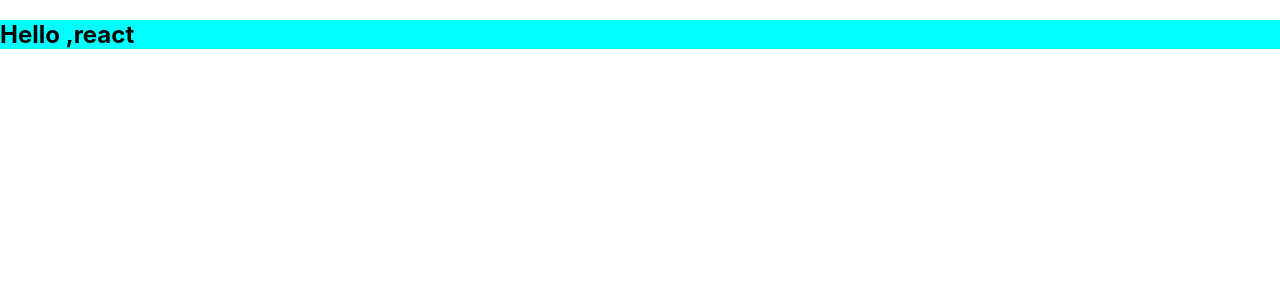
Repository: 0118Inory/react_bases
Page: /
The author's editor kept a copy of each file at every save. The page is drawn from the files as they stood at one save, then again after the next save.
The browser window is 1280 px wide. The pictures show the whole page.
The project was rebuilt for these pictures with package versions that can differ from the ones it lists, and the page was loaded fresh each time. Also part of the build but not shown: src/App.css, src/components/Wellow/index.css.

Above is the page before, as saved 2022-03-01 10:02:08.

### public/index.html
<!DOCTYPE html>
<html lang="en">
  <head>
    <meta charset="utf-8" />
    <!--%PUBLIC_URL% 代表public的路径 -->
    <link rel="icon" href="%PUBLIC_URL%/favicon.ico" />
    <!-- 开启理想视口，用于移动端网页的适配 -->
    <meta name="viewport" content="width=device-width, initial-scale=1" />
    <!-- 用于配置浏览器页签+地址栏的颜色（仅支持安卓手机浏览器） -->
    <meta name="theme-color" content="#000000" />
    <meta
      name="description"
      content="Web site created using create-react-app"
    />
    <!-- 用于指定网页添加到手机主屏幕后的图标 -->
    <link rel="apple-touch-icon" href="%PUBLIC_URL%/logo192.png" />
    <!-- 应用加壳时的配置文件   可以封装称app  手机移动版 -->

    <link rel="manifest" href="%PUBLIC_URL%/manifest.json" />

    <title>React App</title>
  </head>
  <body>
    <noscript>You need to enable JavaScript to run this app.</noscript>
    <div id="root"></div>

  </body>
</html>

### src/App.js
import React,{Component} from 'react';
import './App.css';
import Hello from './components/Hello';
import welcom from './components/Wellow';


export default class App extends Component{
  render(){
    return(
      <div>
        <Hello/>
        <welcom/>
      </div>
    )
  }
}

### src/components/Hello/index.js

// 样式模块化
import hello from './index.module.css'
import React,{Component} from'react'



export default class Hello extends Component{
    render(){
        return(
            <h2 className={hello.nihao}>Hello ,react</h2>
        )
    }
}

### 01 hello src copy/components/Hello/index.module.css
.nihao{
    background-color: aqua;
}

### src/components/Wellow/index.js
import './index.css'
import React,{Component} from 'react'
export default class welcom extends Component{
  render(){
      return(
          <h2 className='title'>欢迎</h2>
      )
  }
}

Loaded but not shown: src/index.js (common file); src/index.css (common file); src/reportWebVitals.js (common file)

After the next save:
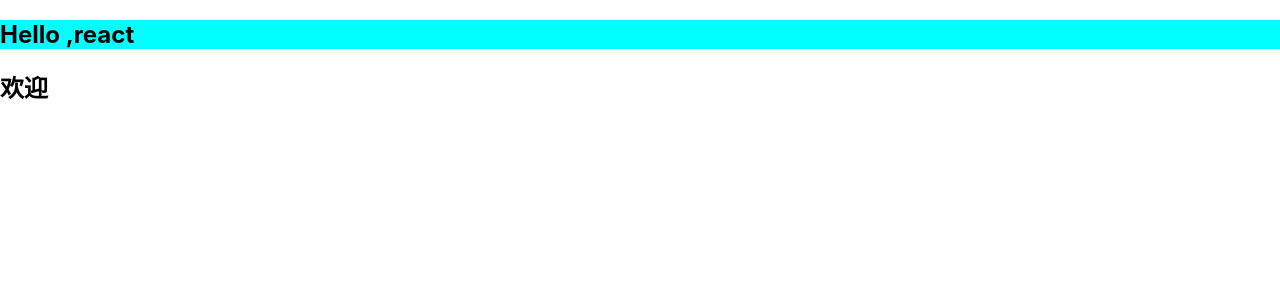
Saved 28 s later.
--- a/src/App.js
+++ b/src/App.js
@@ -1,7 +1,7 @@
 import React,{Component} from 'react';
 import './App.css';
 import Hello from './components/Hello';
-import welcom from './components/Wellow';
+import Welcom from './components/Wellow';
 
 
 export default class App extends Component{
@@ -9,7 +9,7 @@ export default class App extends Component{
     return(
       <div>
         <Hello/>
-        <welcom/>
+        <Welcom/>
       </div>
     )
   }
